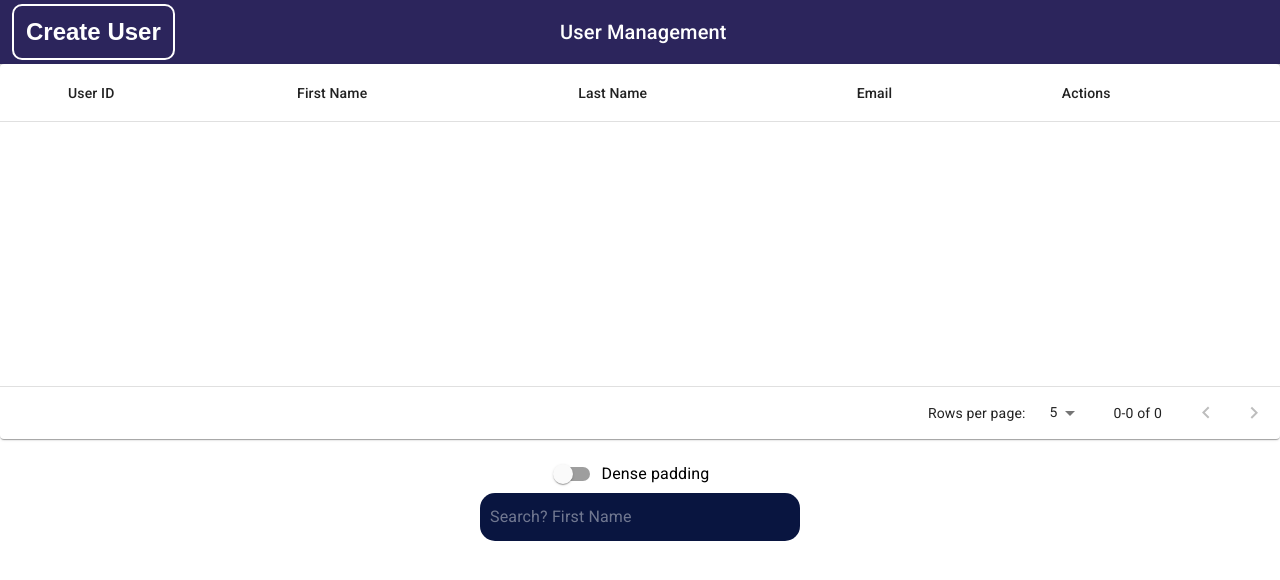
Repository: ginkakuzmanova/simple-user-management-system
Page: / (app in user-management-system/)
These files come from the project's save history. The page is drawn as it stood at one moment and after the next save; the edit follows.
The browser window is 1280 px wide. The pictures show the whole page.
The project was rebuilt for these pictures with package versions that can differ from the ones it lists, and the page was loaded fresh each time. Also part of the build but not shown: user-management-system/src/components/FormHeader.js, user-management-system/src/validation/userSchema.js, user-management-system/src/pages/users/UserEditForm.js, user-management-system/src/pages/users/UsersEditing.js, user-management-system/src/components/Notification.js, user-management-system/src/pages/users/UserForm.js, user-management-system/src/pages/users/UsersAddition.js.

Above is the page before, as saved 2020-10-31 13:51:33.

### user-management-system/public/index.html
<!DOCTYPE html>
<html lang="en">
  <head>
    <meta charset="utf-8" />
    <link rel="icon" href="%PUBLIC_URL%/favicon.svg" />
    <meta name="viewport" content="width=device-width, initial-scale=1" />
    <meta name="theme-color" content="#000000" />
    <meta
      name="description"
      content="Web site created using create-react-app"
    />
    <link rel="manifest" href="%PUBLIC_URL%/manifest.json" />
    <link rel="stylesheet" href="https://fonts.googleapis.com/css?family=Roboto:300,400,500,700&display=swap" />
    <link rel="stylesheet" href="https://fonts.googleapis.com/icon?family=Material+Icons" />
    <title>User management</title>
  </head>
  <body>
    <noscript>You need to enable JavaScript to run this app.</noscript>
    <div id="root"></div>

  </body>
</html>

### user-management-system/src/index.js
import React from "react";
import ReactDOM from "react-dom";
import "./index.css";
import App from "./App";
import { Provider } from "react-redux";
import { store, persistor } from "./store";
import { PersistGate } from "redux-persist/integration/react";

const renderApp = () =>
  ReactDOM.render(
    <React.StrictMode>
      <Provider store={store}>
        <PersistGate loading={null} persistor={persistor}>
          <App />
        </PersistGate>
      </Provider>
    </React.StrictMode>,
    document.getElementById("root")
  );

if (module.hot) {
  module.hot.accept("./App", renderApp);
}

renderApp();

### user-management-system/src/App.js
import React from "react";
import "./App.css";
import { BrowserRouter } from "react-router-dom";
import Header from "./components/Header";
import { AppRoutes } from "./AppRoutes";

function App() {
  return (
    <div className='App'>
      <BrowserRouter>
        <Header />
        <AppRoutes />
      </BrowserRouter>
    </div>
  );
}
export default App;

### user-management-system/src/store/index.js
import { configureStore, getDefaultMiddleware } from "@reduxjs/toolkit";
import { rootReducer } from "./rootReducer.js";
import {
  persistStore,
  persistReducer,
  FLUSH,
  REHYDRATE,
  PAUSE,
  PERSIST,
  PURGE,
  REGISTER,
} from "redux-persist";
import storage from "redux-persist/lib/storage";

const persistConfig = {
  key: "root",
  version: 1,
  storage,
};

const persistedReducer = persistReducer(persistConfig, rootReducer);

const store = configureStore({
  reducer: persistedReducer,
  middleware: getDefaultMiddleware({
    serializableCheck: {
      ignoredActions: [FLUSH, REHYDRATE, PAUSE, PERSIST, PURGE, REGISTER],
    },
  }),
});

let persistor = persistStore(store);

export { store, persistor };

### user-management-system/src/components/Header.js
import React from "react";
import AppBar from "@material-ui/core/AppBar";
import Toolbar from "@material-ui/core/Toolbar";
import IconButton from "@material-ui/core/IconButton";
import Typography from "@material-ui/core/Typography";
import { makeStyles } from "@material-ui/core/styles";
import { useHistory } from "react-router-dom";

const useStyles = makeStyles((theme) => ({
  root: {
    flexGrow: 1,
  },
  menuButton: {
    marginRight: theme.spacing(2),
    border: "2px solid white",
    borderRadius: "10px !important",
  },
  title: {
    flexGrow: 1,
    display: "none",
    marginRight: "10rem",
    [theme.breakpoints.up("sm")]: {
      display: "block",
    },
  },
  inputRoot: {
    color: "inherit",
  },
  inputInput: {
    padding: theme.spacing(1, 1, 1, 0),
    paddingLeft: `calc(1em + ${theme.spacing(4)}px)`,
    transition: theme.transitions.create("width"),
    width: "100%",
    [theme.breakpoints.up("sm")]: {
      width: "12ch",
      "&:focus": {
        width: "20ch",
      },
    },
  },
  appBar: {
    backgroundColor: "rgb(44, 37, 92)",
  },
}));

export default function Header() {
  const history = useHistory();
  const classes = useStyles();
  return (
    <div className={classes.root}>
      <AppBar position='static' className={classes.appBar}>
        <Toolbar>
          <IconButton
            edge='start'
            className={classes.menuButton}
            color='inherit'
            aria-label='open drawer'
            onClick={() => history.push("/add")}
          >
            <b>Create User</b>
          </IconButton>
          <Typography className={classes.title} variant='h6' noWrap>
            User Management
          </Typography>
        </Toolbar>
      </AppBar>
    </div>
  );
}

### user-management-system/src/AppRoutes.js
import React from "react";
import { Route, Switch } from "react-router-dom";
import UsersTable from "./pages/users/UsersList";
import UsersAddition from "./pages/users/UsersAddition";

const AppRoutes = () => {
  return (
    <Switch>
      <Route exact path='/'>
        <UsersTable />
      </Route>
      <Route path='/add'>
        <UsersAddition />
      </Route>
    </Switch>
  );
};

export { AppRoutes };

### user-management-system/src/store/rootReducer.js
import { combineReducers } from "redux";
import { copyReducer } from "./copySlice";
import { usersReducer } from "./usersSlice";

export const rootReducer = combineReducers({
  users: usersReducer,
  copyUsers: copyReducer
});

### user-management-system/src/pages/users/UsersList.js
import React, {useEffect}from "react";
import PropTypes from "prop-types";
import { makeStyles } from "@material-ui/core/styles";
import { Button } from "@material-ui/core";
import Table from "@material-ui/core/Table";
import TableBody from "@material-ui/core/TableBody";
import TableCell from "@material-ui/core/TableCell";
import TableContainer from "@material-ui/core/TableContainer";
import TableHead from "@material-ui/core/TableHead";
import TablePagination from "@material-ui/core/TablePagination";
import TableRow from "@material-ui/core/TableRow";
import TableSortLabel from "@material-ui/core/TableSortLabel";
import Paper from "@material-ui/core/Paper";
import Checkbox from "@material-ui/core/Checkbox";
import InputBase from "@material-ui/core/InputBase";
import FormControlLabel from "@material-ui/core/FormControlLabel";
import Switch from "@material-ui/core/Switch";
import { useSelector, useDispatch } from "react-redux";
import EditDialog from "../../components/EditDialog";
import ConfirmDialog from "../../components/ConfirmDialog";
import UsersEditing from "./UsersEditing";
import { copyUsers, filterUsers } from "../../store/copySlice";

function descendingComparator(a, b, orderBy) {
  if (b[orderBy] < a[orderBy]) {
    return -1;
  }
  if (b[orderBy] > a[orderBy]) {
    return 1;
  }
  return 0;
}

function getComparator(order, orderBy) {
  return order === "desc"
    ? (a, b) => descendingComparator(a, b, orderBy)
    : (a, b) => -descendingComparator(a, b, orderBy);
}

function stableSort(array, comparator) {
  const stabilizedThis = array.map((el, index) => [el, index]);
  stabilizedThis.sort((a, b) => {
    const order = comparator(a[0], b[0]);
    if (order !== 0) return order;
    return a[1] - b[1];
  });

  return stabilizedThis.map((el) => el[0]);
}

const headCells = [
  {
    id: "id",
    numeric: false,
    disablePadding: true,
    label: "User ID",
  },
  {
    id: "firstName",
    numeric: false,
    disablePadding: false,
    label: "First Name",
  },
  { id: "lastName", numeric: false, disablePadding: false, label: "Last Name" },
  { id: "email", numeric: false, disablePadding: false, label: "Email" },
  { id: "buttons", numeric: false, disablePadding: false, label: "Actions" },
];

function EnhancedTableHead(props) {
  const { classes, order, orderBy, onRequestSort } = props;
  const createSortHandler = (property) => (event) => {
    onRequestSort(event, property);
  };

  return (
    <TableHead>
      <TableRow>
        <TableCell padding='checkbox' />
        {headCells.map((headCell) => (
          <TableCell
            key={headCell.id}
            align={headCell.numeric ? "right" : "left"}
            sortDirection={orderBy === headCell.id ? order : false}
          >
            <TableSortLabel
              active={orderBy === headCell.id}
              direction={orderBy === headCell.id ? order : "asc"}
              onClick={createSortHandler(headCell.id)}
            >
              {headCell.label}
              {orderBy === headCell.id ? (
                <span className={classes.visuallyHidden}>
                  {order === "desc" ? "sorted descending" : "sorted ascending"}
                </span>
              ) : null}
            </TableSortLabel>
          </TableCell>
        ))}
      </TableRow>
    </TableHead>
  );
}

EnhancedTableHead.propTypes = {
  classes: PropTypes.object.isRequired,
  numSelected: PropTypes.number.isRequired,
  onRequestSort: PropTypes.func.isRequired,
  onSelectAllClick: PropTypes.func.isRequired,
  order: PropTypes.oneOf(["asc", "desc"]).isRequired,
  orderBy: PropTypes.string.isRequired,
  rowCount: PropTypes.number.isRequired,
};

const useStyles = makeStyles((theme) => ({
  root: {
    width: "100%",
  },
  paper: {
    width: "100%",
    marginBottom: theme.spacing(2),
  },
  table: {
    minWidth: 750,
  },
  button: {
    opacity: "0",
    "&:hover": {
      opacity: "1",
    },
  },
  visuallyHidden: {
    border: 0,
    clip: "rect(0 0 0 0)",
    height: 1,
    margin: -1,
    overflow: "hidden",
    padding: 0,
    position: "absolute",
    top: 20,
    width: 1,
  },
}));

export default function EnhancedTable() {
  const users = useSelector((state) => state.users);
  const rows = useSelector((state) => state.copyUsers);
  const dispatch = useDispatch();
  const classes = useStyles();
  const [order, setOrder] = React.useState("asc");
  const [orderBy, setOrderBy] = React.useState("calories");
  const [selected, setSelected] = React.useState([]);
  const [page, setPage] = React.useState(0);
  const [dense, setDense] = React.useState(false);
  const [rowsPerPage, setRowsPerPage] = React.useState(5);
  const [openDialog, setOpenDialog] = React.useState(false);
  const [recordForEdit, setRecordForEdit] = React.useState(null);
  const [confirmDialog, setConfirmDialog] = React.useState({
    isOpen: false,
    title: "",
    subtitle: "",
    recordToDelete: null,
  });

  useEffect(()=> {
    dispatch(copyUsers(users))
  }, [users])

  const handleSearch = (e) => {
    let target = e.target;
    console.log(target.value);
    if (target.value === "") dispatch(copyUsers(users));
    else dispatch(filterUsers(target.value.toLowerCase()));
  };

  const handleRequestSort = (event, property) => {
    const isAsc = orderBy === property && order === "asc";
    setOrder(isAsc ? "desc" : "asc");
    setOrderBy(property);
  };

  const handleSelectAllClick = (event) => {
    if (event.target.checked) {
      const newSelecteds = rows.map((n) => n.id);
      setSelected(newSelecteds);
      return;
    }
    setSelected([]);
  };

  const handleClick = (event, name) => {
    const selectedIndex = selected.indexOf(name);
    let newSelected = [];

    if (selectedIndex === -1) {
      newSelected = newSelected.concat(selected, name);
    } else if (selectedIndex === 0) {
      newSelected = newSelected.concat(selected.slice(1));
    } else if (selectedIndex === selected.length - 1) {
      newSelected = newSelected.concat(selected.slice(0, -1));
    } else if (selectedIndex > 0) {
      newSelected = newSelected.concat(
        selected.slice(0, selectedIndex),
        selected.slice(selectedIndex + 1)
      );
    }
    setSelected(newSelected);
  };
  const handleChangePage = (event, newPage) => {
    setPage(newPage);
  };
  const handleChangeRowsPerPage = (event) => {
    setRowsPerPage(parseInt(event.target.value, 10));
    setPage(0);
  };
  const handleChangeDense = (event) => {
    setDense(event.target.checked);
  };
  const isSelected = (name) => selected.indexOf(name) !== -1;
  const openInModal = (item) => {
    setRecordForEdit(item);
    setOpenDialog(true);
  };
  const emptyRows =
    rowsPerPage - Math.min(rowsPerPage, rows.length - page * rowsPerPage);
  return (
    <div className={classes.root}>
      <Paper className={classes.paper}>
        <TableContainer>
          <Table
            className={classes.table}
            aria-labelledby='tableTitle'
            size={dense ? "small" : "medium"}
            aria-label='enhanced table'
          >
            <EnhancedTableHead
              classes={classes}
              numSelected={selected.length}
              order={order}
              orderBy={orderBy}
              onSelectAllClick={handleSelectAllClick}
              onRequestSort={handleRequestSort}
              rowCount={rows.length}
            />
            <TableBody>
              {stableSort(rows, getComparator(order, orderBy))
                .slice(page * rowsPerPage, page * rowsPerPage + rowsPerPage)
                .map((row, index) => {
                  const isItemSelected = isSelected(row.id);
                  const labelId = `enhanced-table-checkbox-${index}`;

                  return (
                    <TableRow
                      hover
                      onClick={(event) => handleClick(event, row.id)}
                      role='checkbox'
                      aria-checked={isItemSelected}
                      tabIndex={-1}
                      key={row.id}
                      selected={isItemSelected}
                    >
                      <TableCell padding='checkbox'>
                        <Checkbox
                          checked={isItemSelected}
                          inputProps={{ "aria-labelledby": labelId }}
                        />
                      </TableCell>
                      <TableCell
                        component='th'
                        id={labelId}
                        scope='row'
                        padding='none'
                      >
                        {row.id}
                      </TableCell>
                      <TableCell>{row.firstName}</TableCell>
                      <TableCell>{row.lastName}</TableCell>
                      <TableCell>{row.email}</TableCell>
                      <TableCell className={classes.button}>
                        <Button
                          style={{ marginRight: "30px" }}
                          variant='outlined'
                          color='secondary'
                          onClick={() => {
                            setConfirmDialog({
                              isOpen: true,
                              title:
                                "Are you sure you want to delete this user?",
                              subtitle: "This operation can't be undone!",
                              recordToDelete: row,
                            });
                          }}
                        >
                          Delete
                        </Button>
                        <Button
                          variant='outlined'
                          color='primary'
                          onClick={() => openInModal(row)}
                        >
                          Edit
                        </Button>
                      </TableCell>
                    </TableRow>
                  );
                })}
              {emptyRows > 0 && (
                <TableRow style={{ height: (dense ? 33 : 53) * emptyRows }}>
                  <TableCell colSpan={6} />
                </TableRow>
              )}
            </TableBody>
          </Table>
        </TableContainer>
        <TablePagination
          rowsPerPageOptions={[5, 10, 20]}
          component='div'
          count={rows.length}
          rowsPerPage={rowsPerPage}
          page={page}
          onChangePage={handleChangePage}
          onChangeRowsPerPage={handleChangeRowsPerPage}
        />
      </Paper>
      <EditDialog openPopup={openDialog} setOpenPopup={setOpenDialog}>
        <UsersEditing recordForEdit={recordForEdit} />
      </EditDialog>
      <ConfirmDialog
        confirmDialog={confirmDialog}
        setConfirmDialog={setConfirmDialog}
      />
      <FormControlLabel
        control={<Switch checked={dense} onChange={handleChangeDense} />}
        label='Dense padding'
      />
      <InputBase
        placeholder='Search? First Name'
        style={{
          display: "block",
          width: "25%",
          backgroundColor: "#091540",
          color: "#fff",
          padding: "8px 10px",
          margin: "0 auto",
          borderRadius: "15px",
        }}
        onChange={(e) => handleSearch(e)}
      />
    </div>
  );
}

### user-management-system/src/store/copySlice.js
import { createSlice } from "@reduxjs/toolkit";

const { reducer: copyReducer, actions } = createSlice({
  name: "copy",
  initialState: [],
  reducers: {
    copyUsers: (state, action) => {

        // for (let i = 0; i < action.payload.length; i++) {
        //     state[i] = action.payload[i];
        //   }
       return state = action.payload.map(a => ({...a}));
    },

    filterUsers: (state, action) => {
        const firstName = action.payload;
        return state.filter(u => u.firstName.toLowerCase().includes(firstName))
    }
  },
});

export { copyReducer };

export const copyUsers = (users) => {
  return (dispatch) => {
    dispatch(actions.copyUsers(users));
  };
};

export const filterUsers = (firstName) => {
  return (dispatch) => {
    dispatch(actions.filterUsers(firstName));
  };
};

### user-management-system/src/store/usersSlice.js
import uuid from "uuid";
import { createSlice } from "@reduxjs/toolkit";

const { reducer: usersReducer, actions } = createSlice({
  name: "users",
  initialState: [],
  reducers: {
    addUser: (state, action) => {
      const { firstName, lastName, email } = action.payload;
      if (!state.includes(action.payload)) {
        state.push({ id: uuid(), firstName, lastName, email });
      } else {
        throw new Error();
      }
    },
    editUser: (state, action) => {
      const { id } = action.payload;
      for (let i = 0; i < state.length; i++) {
        const user = state[i];
        if (user.id === id) {
          user.firstName = action.payload.firstName;
          user.lastName = action.payload.lastName;
          user.email = action.payload.email;
        }
      }
    },
    deleteUser: (state, action) => {
      const { id } = action.payload;
      const toDel = state.find((user) => user.id === id);
      const index = state.indexOf(toDel);
      state.splice(index, 1);
    },
  },
});

export { usersReducer };

export const addUser = (user) => {
  return (dispatch) => {
    dispatch(actions.addUser(user));
  };
};

export const editUser = ({ ...user }) => {
  return (dispatch) => {
    dispatch(actions.editUser(user));
  };
};

export const removeUser = (user) => {
  return (dispatch) => {
    dispatch(actions.deleteUser(user));
  };
};

### user-management-system/src/components/EditDialog.js
import React from "react";
import {
  Dialog,
  DialogTitle,
  DialogContent,
  makeStyles,
  Typography,
} from "@material-ui/core";
import { Button } from "@material-ui/core";
import CloseIcon from "@material-ui/icons/Close";

const useStyles = makeStyles((theme) => ({
  dialogWrapper: {
    padding: theme.spacing(2),
    position: "absolute",
    top: theme.spacing(5),
  },
  dialogTitle: {
    paddingRight: "0px",
  },
}));

export default function EditDialog(props) {
  const { title, children, openPopup, setOpenPopup } = props;
  const classes = useStyles();

  return (
    <Dialog
      open={openPopup}
      maxWidth='md'
      classes={{ paper: classes.dialogWrapper }}
    >
      <DialogTitle className={classes.dialogTitle}>
        <div style={{ display: "flex" }}>
          <Typography variant='h6' component='div' style={{ flexGrow: 1 }}>
            {title}
          </Typography>
          <Button
            color='secondary'
            onClick={() => {
              setOpenPopup(false);
            }}
          >
            <CloseIcon />
          </Button>
        </div>
      </DialogTitle>
      <DialogContent
        dividers
        style={{
          display: "grid",
          gridTemplateColumns: "1fr",
          justifyItems: "center",
          alignItems: "center",
        }}
      >
        {children}
      </DialogContent>
    </Dialog>
  );
}

### user-management-system/src/components/ConfirmDialog.js
import React from "react";
import {
  Dialog,
  DialogTitle,
  DialogContent,
  DialogActions,
  Typography,
  makeStyles,
  IconButton,
  Button,
} from "@material-ui/core";
import { useDispatch } from "react-redux";
import { removeUser } from "../store/usersSlice";
import NotListedLocationIcon from "@material-ui/icons/NotListedLocation";

const useStyles = makeStyles((theme) => ({
  dialog: {
    padding: theme.spacing(2),
    position: "absolute",
    top: theme.spacing(5),
  },
  dialogTitle: {
    textAlign: "center",
  },
  dialogContent: {
    textAlign: "center",
  },
  dialogAction: {
    justifyContent: "center",
  },
  titleIcon: {
    backgroundColor: theme.palette.secondary.light,
    color: theme.palette.secondary.main,
    "&:hover": {
      backgroundColor: theme.palette.secondary.light,
      cursor: "default",
    },
    "& .MuiSvgIcon-root": {
      fontSize: "8rem",
    },
  },
}));

export default function ConfirmDialog(props) {
  const { confirmDialog, setConfirmDialog } = props;
  const onDelete = () => {
    dispatch(removeUser(confirmDialog.recordToDelete));
    setConfirmDialog({ ...confirmDialog, isOpen: false });
  };
  const classes = useStyles();
  const dispatch = useDispatch();
  return (
    <Dialog open={confirmDialog.isOpen} classes={{ paper: classes.dialog }}>
      <DialogTitle className={classes.dialogTitle}>
        <IconButton disableRipple className={classes.titleIcon}>
          <NotListedLocationIcon />
        </IconButton>
      </DialogTitle>
      <DialogContent className={classes.dialogContent}>
        <Typography variant='h6'>{confirmDialog.title}</Typography>
        <Typography variant='subtitle2'>{confirmDialog.subtitle}</Typography>
      </DialogContent>
      <DialogActions className={classes.dialogAction}>
        <Button
          style={{ padding: "15px" }}
          color='primary'
          onClick={() => setConfirmDialog({ ...confirmDialog, isOpen: false })}
        >
          No
        </Button>
        <Button
          style={{ padding: "15px" }}
          text='Yes'
          color='secondary'
          onClick={() => onDelete()}
        >
          Yes
        </Button>
      </DialogActions>
    </Dialog>
  );
}

Loaded but not shown: user-management-system/src/index.css (common file); user-management-system/src/App.css (common file)

After the next save:
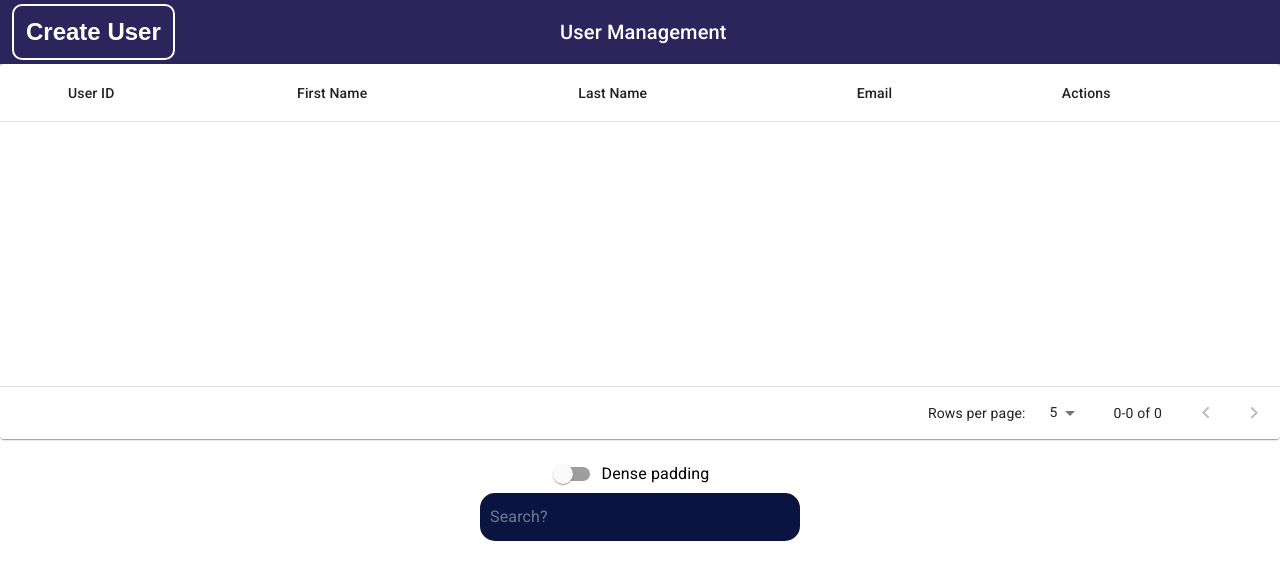
Saved 6 s later.
--- a/user-management-system/src/pages/users/UsersList.js
+++ b/user-management-system/src/pages/users/UsersList.js
@@ -333,7 +333,7 @@ export default function EnhancedTable() {
         label='Dense padding'
       />
       <InputBase
-        placeholder='Search? First Name'
+        placeholder='Search?'
         style={{
           display: "block",
           width: "25%",
